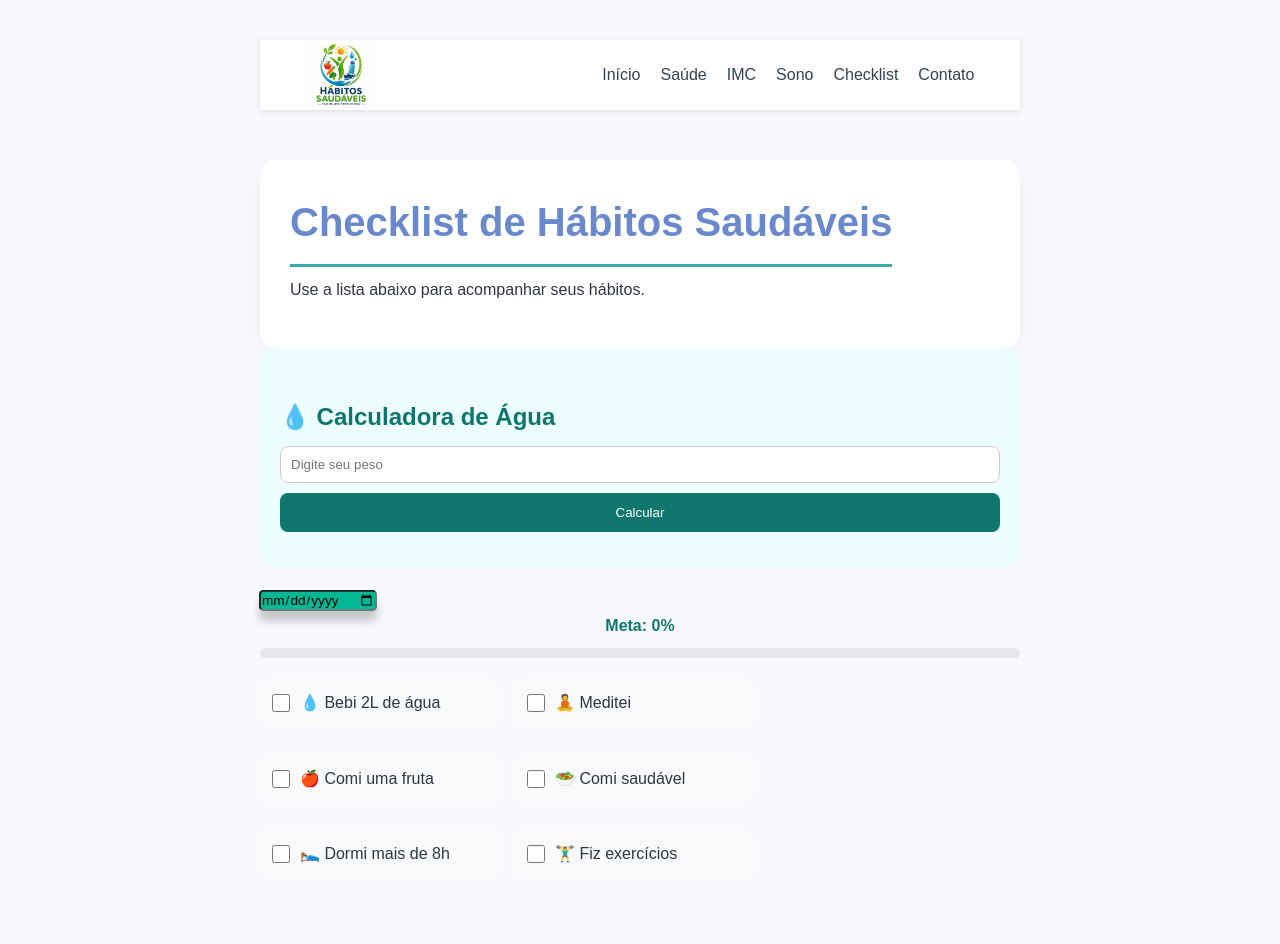
Repository: habitos2026/projetointegrador2026
Page: checklist.html
These files come from the project's save history. The page is drawn as it stood at one moment and after the next save; the edit follows.
The browser window is 1280 px wide. The pictures show the whole page.
The pointer rests on the first visible `.data`.

Above is the page before, as saved 2026-06-06 14:29:56.

After the next save:
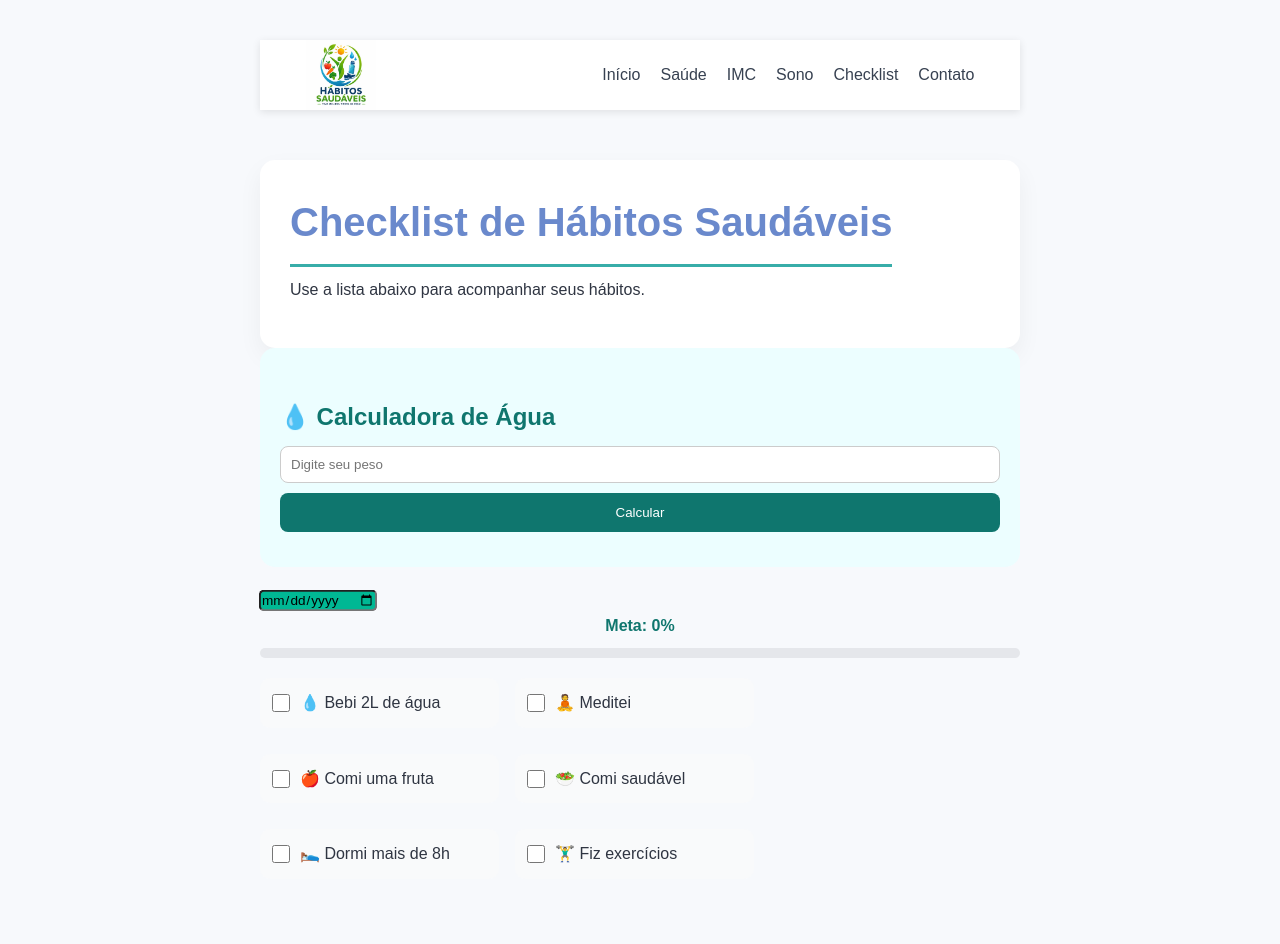
Saved 5 s later.
--- a/checklist.html
+++ b/checklist.html
@@ -164,7 +164,7 @@
 .data:hover{
     cursor: pointer;
     background: #00b894;
-    transition: all 0.s;
+    transition: all
     box-shadow: 0 10px 8px rgba(0, 0, 0, 0.2);
     transform: scale(1.02);
 }

After the 4 saves that followed:
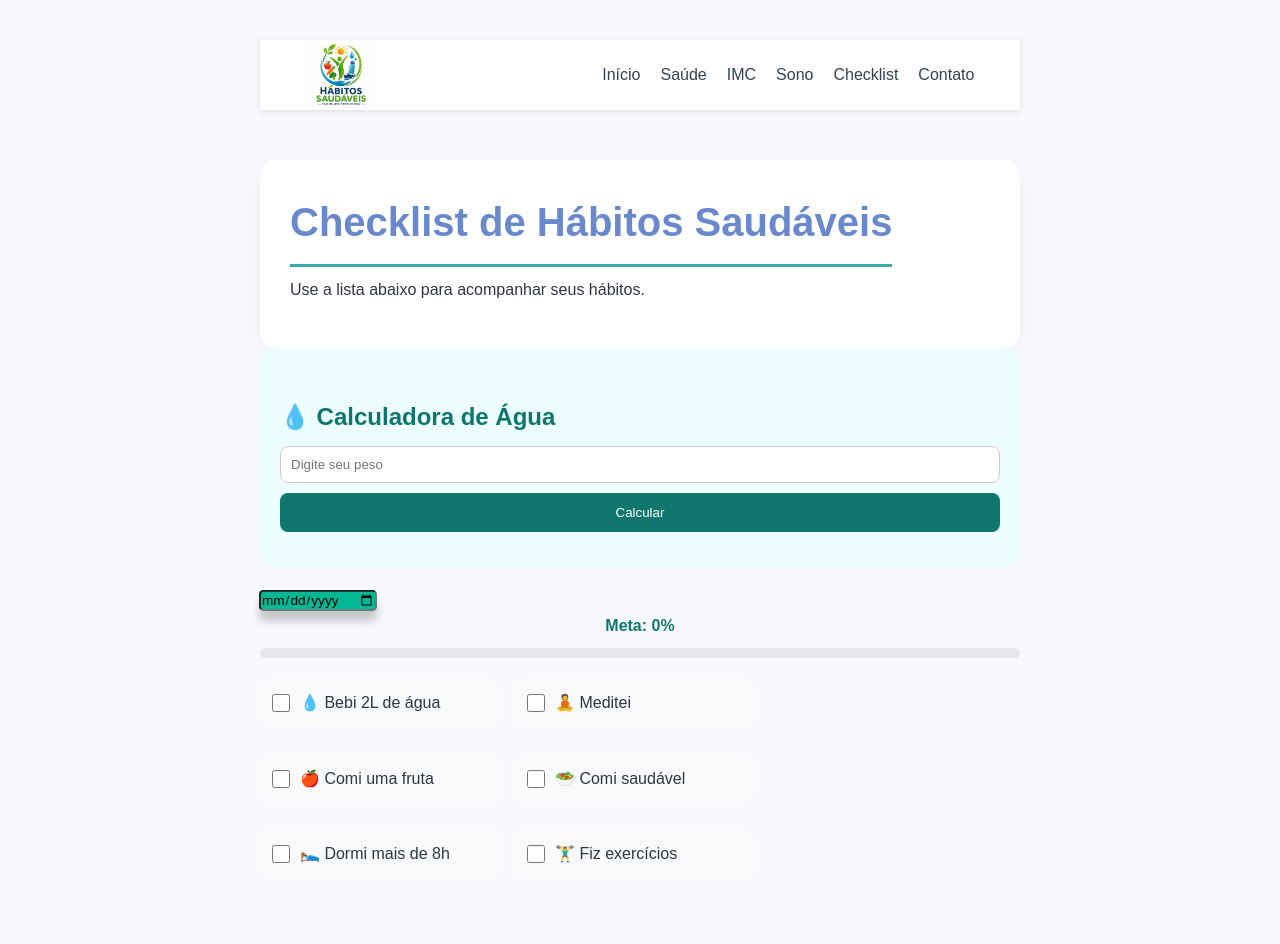
The 4 saves are shown as one change because 1 left the picture as it was and some came seconds apart.
The last was saved 27 s later.
--- a/checklist.html
+++ b/checklist.html
@@ -164,7 +164,6 @@
 .data:hover{
     cursor: pointer;
     background: #00b894;
-    transition: all
     box-shadow: 0 10px 8px rgba(0, 0, 0, 0.2);
     transform: scale(1.02);
 }
